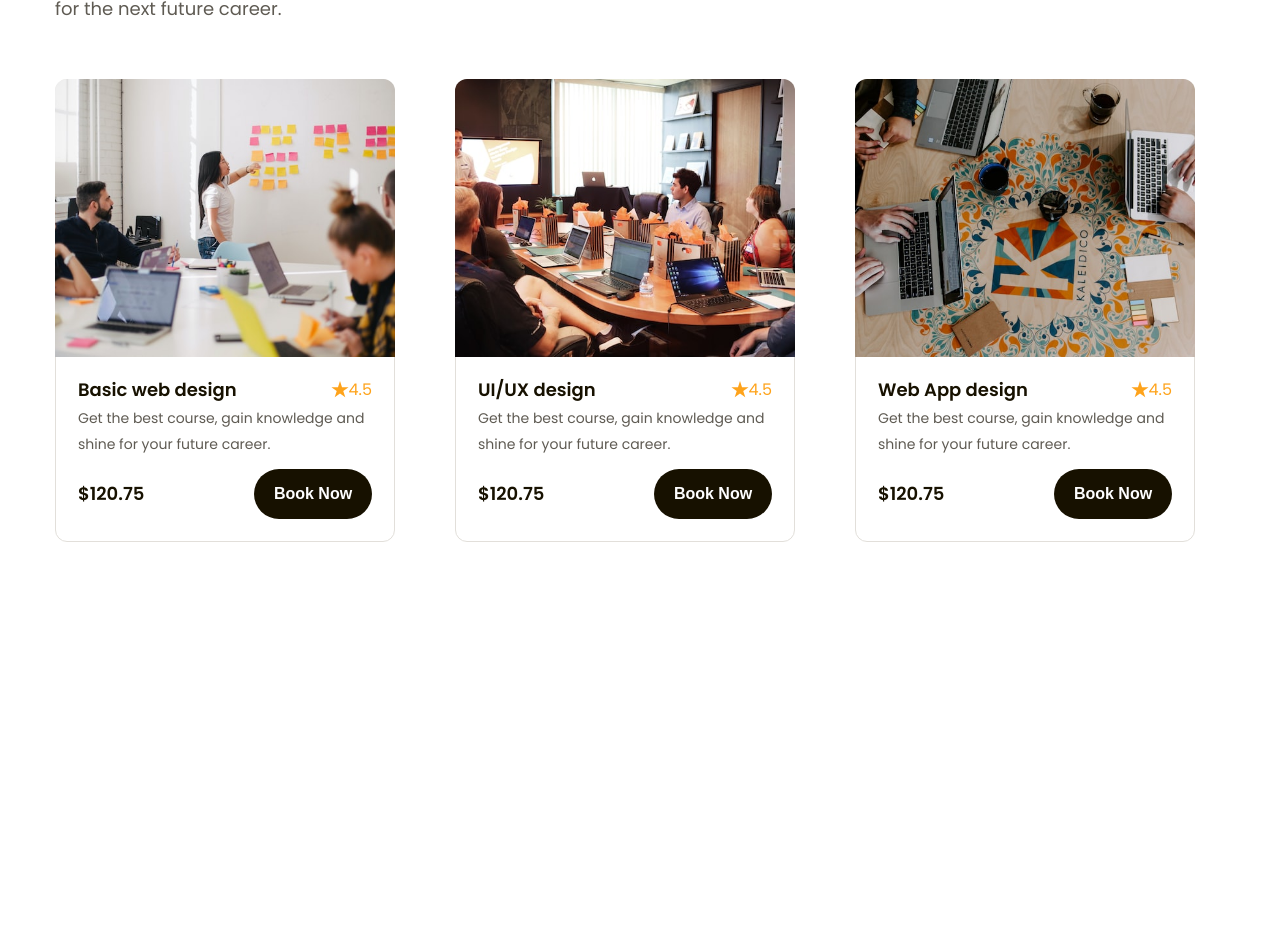
Repository: ynguyen1512/htmlcss-project-02
Page: index.html
The author's editor kept a copy of each file at every save. The page is drawn from the files as they stood at one save, then again after the next save.
The browser window is 1280 px wide. The pictures show the part of the page from y = 1200 to 2152 px (the page is 5000 px tall).
A picture or video elsewhere on the page could not be fetched, so the positions and the page height are approximate.

Above is the page before, as saved 2023-02-20 23:21:59.

### index.html
<!DOCTYPE html>
<html lang="en">
<head>
    <meta charset="UTF-8">
    <meta http-equiv="X-UA-Compatible" content="IE=edge">
    <meta name="viewport" content="width=device-width, initial-scale=1.0">
    <title>F8 Project 02</title>
    <!-- Reset CSS -->
    <link rel="stylesheet" href="./assets/css/reset.css">
    <!-- Embed fonts -->
    <link rel="preconnect" href="https://fonts.googleapis.com">
    <link rel="preconnect" href="https://fonts.gstatic.com" crossorigin>
    <link href="https://fonts.googleapis.com/css2?family=Poppins:ital,wght@0,400;0,500;0,600;0,700;1,400&family=Sen:wght@700&display=swap" rel="stylesheet">
    <!-- Styles -->
    <link rel="stylesheet" href="./assets/css/style.css">
</head>
<body>
    <main style="height: 5000px;">
        <!-- Header -->
        <header class="header fixed">
            <div class=" main-content">
                <di class="body">
                    <!-- Logo -->
                    <a href="#">
                        <img src="./assets/img/logo.png" alt="Lesson." class="logo">
                    </a>
                    <!-- Navigation -->
                    <nav class="nav">
                        <ul>
                            <li class="active"><a href="#!">Home</a></li>
                            <li><a href="#!">Courses</a></li>
                            <li><a href="#!">Pricing</a></li>
                            <li><a href="#!">Reviews</a></li>
                        </ul>
                    </nav>

                    <!-- Action -->
                    <div class="action">
                        <a href="" class="btn sign-up-btn">Sign Up</a>
                    </div>
                </di >
            </div>
        </header>

        <!-- Hero -->
        <div class="hero">
            <div class="main-content">
                <div class="body">
                    <!-- Hero-left -->
                    <div class="media-block">
                        <img src="./assets/img/hero-img.jpg"
                        alt="Learn without limits and spread knowledge." class="img">

                        <div class="hero-summary">
                            <div class="item">
                                <div class="icon">
                                    <img src="./assets/icons/list.svg" alt="">
                                </div>
                                <div class="info">
                                    <p class="label">20 Courses</p>
                                    <p class="title">UI/UX Design</p>
                                </div>
                            </div>
                            <div class="item">
                                <div class="icon">
                                    <img src="./assets/icons/code.svg" alt="">
                                </div>
                                <div class="info">
                                    <p class="label">20 Courses</p>
                                    <p class="title">Development</p>
                                </div>
                            </div>
                            <div class="item">
                                <div class="icon">
                                    <img src="./assets/icons/speaker.svg" alt="">
                                </div>
                                <div class="info">
                                    <p class="label">30 Courses</p>
                                    <p class="title">Marketing</p>
                                </div>
                            </div>
                        </div>
                    </div>
                    <!-- Hero right -->
                    <div class="content-block">
                        <h1 class="heading lv1">Learn without limits and spread knowledge.</h1>
                        <p class="desc">Build new skills for that “this is my year” feeling with courses, certificates, and degrees from world-class
                             universities and companies.</p>
                        <div class="cta-group">
                            <a href="" class="btn hero-cta">See Courses</a>
                            <button class="watch-video">
                                <div class="icon">
                                    <img src="./assets/icons/play.svg" alt="">
                                </div>
                                <span>Watch Video</span>
                            </button>
                        </div>
                        <p class="desc">Recent engagement</p>
                        <p class="desc stats">
                            <strong>50K</strong> Students
                            <strong>70+</strong> Courses
                        </p>
                    </div>
                </div>
            </div>
        </div>

        <!-- Popular -->
        <div class="popular">
            <div class="main-content">
                <div class="popular-top">
                    <div class="info">
                        <h2 class="heading lv2">Our popular courses</h2>
                        <p class="desc">
                            Build new skills with new trendy
                            courses and shine for the next future career.</p>
                    </div>
                    <div class="controls">
                        <button class="control-btn">
                            <svg width="8" height="14" viewBox="0 0 8 14" fill="none" xmlns="http://www.w3.org/2000/svg">
                                <path d="M7 1L1 7L7 13" stroke="currentColor" stroke-linecap="round" stroke-linejoin="round"/>
                                </svg>
                        </button>
                        <button class="control-btn">
                            <svg width="8" height="14" viewBox="0 0 8 14" fill="none" xmlns="http://www.w3.org/2000/svg">
                                <path d="M1 1L7 7L1 13" stroke="currentColor" stroke-linecap="round" stroke-linejoin="round"/>
                                </svg>
                        </button>
                    </div>
                </div>

                <div class="course-list">
                    <!-- Course item 1-->
                    <div class="course-item">
                        <a href="#!">
                            <img src="./assets/img/course-1.jpg"
                            alt="Basic web design"
                            class="thumb">
                        </a>
                        <div class="info">
                            <div class="head">
                                <h3 class="title"><a class="line-clamp" href="#!">Basic web design<a></h3>
                                <div class="rating">
                                    <img src="./assets/icons/star.svg" alt="Star" class="star">
                                    <span class="value">4.5</span>
                                </div>
                            </div>
                            <p class="desc line-clamp line-2">
                                Get the best course, gain knowledge and shine for your
                                future career.
                            </p>
                            <div class="foot">
                                <span class="price">$120.75</span>
                                <button class="btn book-btn">Book Now</button>
                            </div>
                        </div>
                    </div>
                    <!-- Course item 2-->
                    <div class="course-item">
                        <a href="#!">
                            <img src="./assets/img/course-2.jpg"
                            alt="UI/UX design"
                            class="thumb">
                        </a>
                        <div class="info">
                            <div class="head">
                                <h3 class="title"><a class="line-clamp" href="#!">UI/UX design<a></h3>
                                <div class="rating">
                                    <img src="./assets/icons/star.svg" alt="Star" class="star">
                                    <span class="value">4.5</span>
                                </div>
                            </div>
                            <p class="desc line-clamp line-2">
                                Get the best course, gain knowledge and shine for your
                                future career.
                            </p>
                            <div class="foot">
                                <span class="price">$120.75</span>
                                <button class="btn book-btn">Book Now</button>
                            </div>
                        </div>
                    </div>
                    <!-- Course item 3-->
                    <div class="course-item">
                        <a href="#!">
                            <img src="./assets/img/course-3.jpg"
                            alt="Web App design"
                            class="thumb">
                        </a>
                        <div class="info">
                            <div class="head">
                                <h3 class="title"><a class="line-clamp" href="#!">Web App design<a></h3>
                                <div class="rating">
                                    <img src="./assets/icons/star.svg" alt="Star" class="star">
                                    <span class="value">4.5</span>
                                </div>
                            </div>
                            <p class="desc line-clamp line-2">
                                Get the best course, gain knowledge and shine for your
                                future career.
                            </p>
                            <div class="foot">
                                <span class="price">$120.75</span>
                                <button class="btn book-btn">Book Now</button>
                            </div>
                        </div>
                    </div>
                </div>
            </div>
        </div>
    </main>

    <footer>

    </footer>
</body>
</html>

### assets/css/style.css
* {
    box-sizing: border-box;
}

:root {
    --primary-color:#FFB900;
    --font-heading: Sen, sans-serif;
}

html, body {
    scroll-behavior: smooth;
}

html {
    font-size: 62.5%;
}

body {
    font-size: 1.6rem;
    font-family: 'Poppins', 'sans-serif';
}

/* Common */
.main-content {
    width: 1170px;
    max-width: calc(100% - 48px);
    margin-left: auto;
    margin-right: auto;
}

.line-clamp {
    display: -webkit-box;
    -webkit-line-clamp: var(--line-clamp, 1);
    -webkit-box-orient: vertical;
    overflow: hidden;
}

.line-clamp.line-2 {
    --line-clamp: 2;
}

.heading {
    font-family: var(--font-heading);
    font-weight: 700;
    letter-spacing: -0.02em;
    color: #171100;
}

.heading.lv1 {
    font-size: 5.8rem;
    line-height: 1.17;
}

.heading.lv2 {
    font-size: 3.8rem;
    line-height: 1.26;
}

a {
    text-decoration: none;
}

.btn {
    display: inline-block;
    min-width: 118px;
    padding: 0 16px;
    line-height: 50px;
    font-weight: 600;
    font-size: 16px;
    text-align: center;
    color: #FFFFFF;
    background: #171100;
    border-radius: 999px;
    cursor: pointer;
}

.btn:hover {
    opacity: 0.9;
}

/* Header */
.header {
    background-color: #FFFCF4;
}

.header.fixed {
    position: sticky;
    top: -28px;
    z-index: 1;
}

.header .body {
    display: flex;
    align-items: center;
    padding: 36px 0 8px;
}

.nav {
    margin-left: auto;
}

.nav ul {
    display: flex;
}

.nav a {
    position: relative;
    padding: 8px 21px;
    font-size: 1.6rem;
    color: #5F5B53;
}

.nav a:hover,
.nav li.active a {
    /* font-weight: 600; */
    text-shadow: 1px 0 0 currentColor;
    color: #171100;
}

.nav li.active a::after {
    position: absolute;
    left: 21px;
    content: "";
    bottom: 6px;
    display: block;
    width: 12px;
    height: 2px;
    background: #171100;
    border-radius: 1px;
}

.header .sign-up-btn {
    min-width: 144px;
}

/* Hero */
.hero {
    padding: 56px 0 65px;
    background: #FFFCF4;
}

.hero .body {
    display: flex;
}

/* Hero left */
.hero .media-block {
    position: relative;
    width: 48%;
}


.hero .media-block .img {
    width: 470px;
    height: 685px;
    object-fit: cover;
    border-radius: 20px;
    vertical-align: bottom;
}

.hero-summary {
    position: absolute;
    right: 0;
    bottom: 48px;
    width: 270px;
    padding: 24px;
    background: #FFFFFF;
    box-shadow: 0px 16px 32px rgba(0, 0, 0, 0.05);
    border-radius: 12px;

}

.hero-summary .item {
    display: flex;
    align-items: center;
}

.hero-summary .item + .item {
    margin-top: 22px;
}


.hero-summary .icon {
    width: 48px;
    height: 48px;
    border-radius: 50%;
    display: flex;
    align-items: center;
    justify-content: center;
    background: #FFF9E8;
}

.hero-summary .item:nth-of-type(2) .icon {
    background: #FCEFFF;
}

.hero-summary .item:nth-of-type(3) .icon {
    background: #EBEAFF;
}

.hero-summary .info {
    margin-left: 16px;
}

.hero-summary .label {
    font-size: 1.4rem;
    line-height: 1.86;
    color: #5F5B53;
}

.hero-summary .title {
    font-weight: 600;
    font-size: 1.8rem;
    line-height: 1.67;
    color: #171100;
}
/* Hero right */
.hero .content-block {
    width: 52%;
    padding: 64px 0 0 130px;
}


.hero .desc {
    margin-top: 22px;
    font-weight: 400;
    font-size: 1.8rem;
    line-height: 1.67;
    color: #5F5B53;
}

.hero .cta-group {
    margin: 38px 0 48px;
    display: flex;
    align-items: center;
}

.hero-cta {
    min-width: 180px;
    background: var(--primary-color);
    line-height: 64px;
    border-radius: 32px;
}

.hero .watch-video {
    border: none;
    background-color: transparent;
    display: flex;
    margin-left: 28px;
    align-items: center;
    cursor: pointer;
}

.hero .watch-video .icon {
    display: flex;
    align-items: center;
    justify-content: center;
    width: 40px;
    height: 40px;
    border-radius: 50%;
    background: #FFFFFF;
    box-shadow: 0px 8px 16px rgba(0, 0, 0, 0.07);
}

.hero .watch-video span {
    margin-left: 14px;
    font-weight: 600;
    font-size: 1.8rem;
    line-height: 1.67;
    color: #171100;
}

.hero .stats {
    margin:8px 0 0 -28px;
}

.hero .stats strong {
    font-family: var(--font-heading);
    font-weight: 700;
    font-size: 4.4rem;
    line-height: 1.23;
    color: #171100;
    padding: 0 8px 0 28px;
}

/* Popular */
.popular {
    padding: 65px 0;
    margin-top: 135px;
}

.popular-top {
    display: flex;
    justify-content: space-between;
    align-items: center;
}

.popular-top .desc {
    margin-top: 16px;
    width: 458px;
    font-size: 1.8rem;
    line-height: 1.67;
    color: #5F5B53;
}

.popular-top .controls {
    display: flex;
    gap: 18px;
}

.popular-top .control-btn {
    display: flex;
    align-items: center;
    justify-content: center;
    width: 40px;
    height: 40px;
    border-radius: 50%;
    color: var(--primary-color);
    border: 1px solid var(--primary-color);
    background: transparent;
}

.popular-top .control-btn:hover {
    background: var(--primary-color);
    color: #FFF;
    cursor: pointer;
}

.popular .course-list {
    margin-top: 55px;
    display: flex;
    gap: 30px;
}

.popular .course-item {
    flex: 1;
    background: #FFFFFF;
    border: 1px solid #E2DFDA;
    border-radius: 12px;
}

.popular .course-item:hover {
    box-shadow: 0px 18px 36px rgba(0, 0, 0, 0.05);
    border-color: transparent;
}

.popular .course-item .thumb {
    margin: -1px;
    width: calc(100% + 2px);
    height: 278px;
    object-fit: cover;
    border-radius: 12px 12px 0px 0px;
}

.popular .course-item .info {
    padding: 16px 22px 22px;
}

.popular .course-item .foot,
.popular .course-item .rating,
.popular .course-item .head {
    display: flex;
    align-items: center;
    justify-content: space-between;
}

.popular .course-item .title a{
    font-weight: 600;
    font-size: 1.8rem;
    line-height: 1.67;
    color: #171100;
}

.popular .rating .value {
    font-weight: 400;
    font-size: 1.6rem;
    line-height: 1.75;
    color: #FEA31B;
}

.popular .course-item .desc {
    font-weight: 400;
    font-size: 1.4rem;
    line-height: 1.86;
    color: #5F5B53;
}

.popular .course-item .foot {
    margin-top: 12px;
}

.popular .foot .price {
    font-weight: 600;
    font-size: 1.8rem;
    line-height: 1.67;
    color: #171100;
}

.popular .course-item .book-btn {
    border: none;
}

.popular .course-item .book-btn:hover {
    color: #fff;
    background: var(--primary-color);
}

Loaded but not shown: assets/css/reset.css (common file)

After the next save:
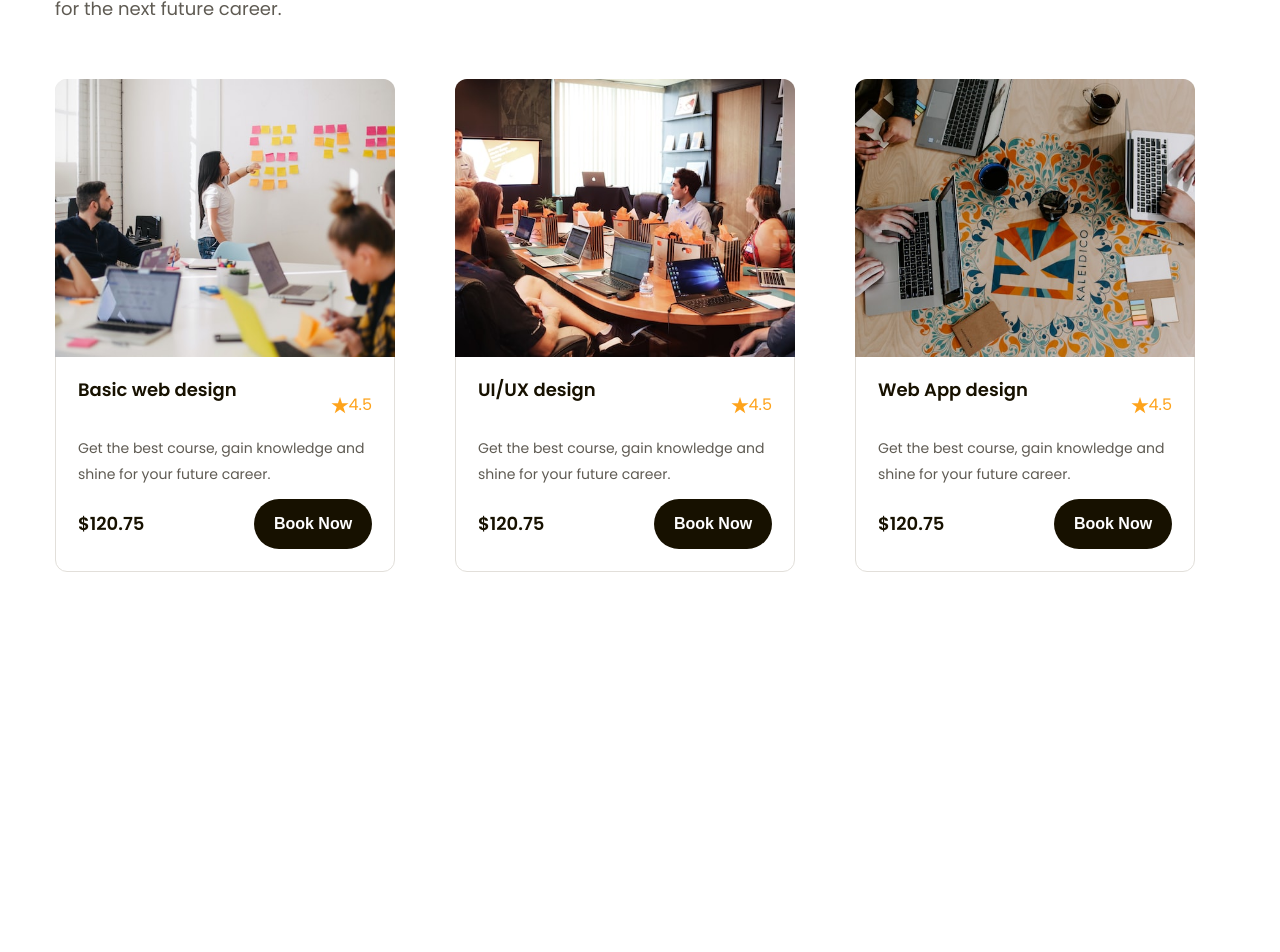
Saved 63 s later.
--- a/assets/css/style.css
+++ b/assets/css/style.css
@@ -365,6 +365,7 @@ a {
 }
 
 .popular .course-item .title a{
+    padding-right: 6px;
     font-weight: 600;
     font-size: 1.8rem;
     line-height: 1.67;
